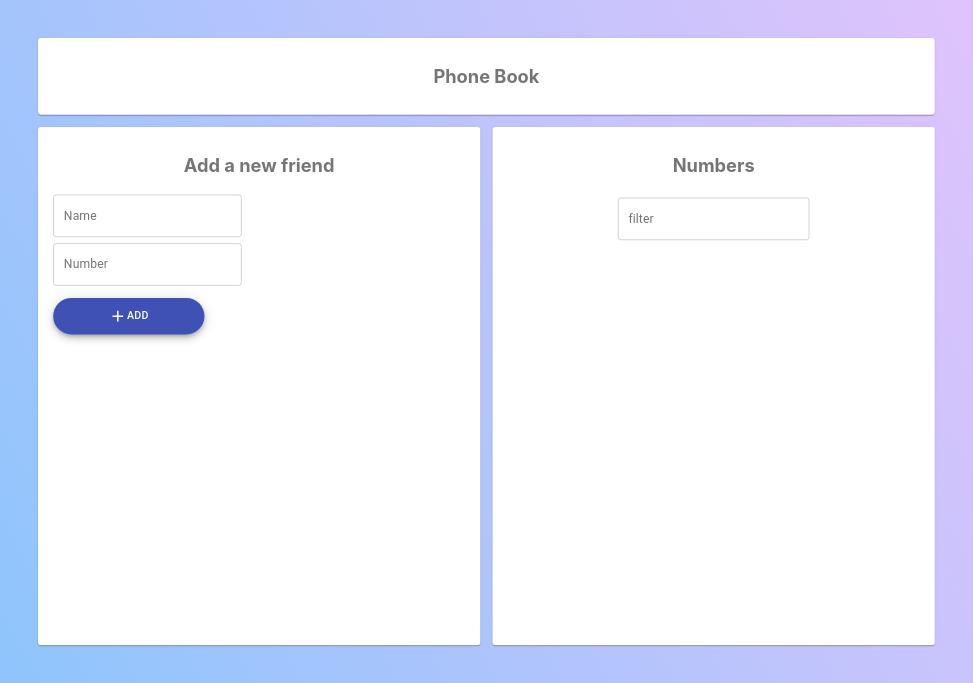
Repository: StacyLafume/phone-book
Page: / (app in phone-book/)
The author's editor kept a copy of each file at every save. The page is drawn from the files as they stood at one save, then again after the next save.
The browser window is 1280 px wide. The pictures show the whole page, at 76% of full size.
The page's requests for data from a server got no answer. The project was rebuilt for these pictures with package versions that can differ from the ones it lists, and the page was loaded fresh each time. No one was signed in, and anything a server would have sent is missing. Also part of the build but not shown: phone-book/src/PhoneBook.js.

Above is the page before, as saved 2021-04-02 02:23:52.

### phone-book/src/index.css
body {
  margin: 0;
  font-family: -apple-system, BlinkMacSystemFont, 'Segoe UI', 'Roboto', 'Oxygen',
    'Ubuntu', 'Cantarell', 'Fira Sans', 'Droid Sans', 'Helvetica Neue',
    sans-serif;
  -webkit-font-smoothing: antialiased;
  -moz-osx-font-smoothing: grayscale;
  background-color: #8EC5FC;
background-image: linear-gradient(62deg, #8EC5FC 0%, #E0C3FC 100%);

}

code {
  font-family: source-code-pro, Menlo, Monaco, Consolas, 'Courier New',
    monospace;
}

### phone-book/src/App.js
import React, { useState, useEffect } from "react";
// importing a modual personsService
import personsService from "./Service/person";
import Filter from "./Filter";
import Notification from "./Notification";
import PersonForm from "./PersonForm";
import PhoneBook from "./PhoneBook";
import { makeStyles } from '@material-ui/core/styles';
import Paper from '@material-ui/core/Paper';
import Grid from '@material-ui/core/Grid';
import Box from '@material-ui/core/Box';
import List from '@material-ui/core/List';


const App = () => {
  const [persons, setPersons] = useState([]);
  const [newName, setNewName] = useState("");
  const [newNumber, setNewNumber] = useState("");
  const [showFilter, setshowFilter] = useState("");
  const [notification, setNotification] = useState(null);
  const [success, setSuccess] = useState(null);

  const useStyles = makeStyles((theme) => ({
    root: {
      flexGrow: 1,
      margin: 50,

    },
    paper: {
      padding: theme.spacing(2),
      justifyItems: 'center',
      color: theme.palette.text.secondary,
      overflow: 'auto',
      height: 650,

    },
    header1: {
      padding: theme.spacing(2),
      justifyItems: 'center',
      color: theme.palette.text.secondary,
      overflow: 'auto',
      textAlign: 'center'
    },
    addFriend:{
      padding: theme.spacing(2),
      justifyItems: 'center',
      color: theme.palette.text.secondary,
      overflow: 'auto',
      textAlign: 'center',
      height: 650,
      justifyContent: 'center'

    }
  }));

  // show data on the screen
  useEffect(() => {
    personsService
      .getAll()
      .then(response => {
        setPersons(response);
      })
      .catch(error => showMessage("Could not retrieve data", false));
  }, []);

  const addNewName = e => {
    e.preventDefault();
    const personObject = {
      name: newName,
      number: newNumber
    };

    //console.log('persons.some(e => e.name === newName)',persons.some(e => e.name === newName))

    // if name is already in phone book return true and alert user
    if (persons.some(e => e.name === newName)) {

      // first name equal to that name
      let personId = persons.find(item => item.name === newName);

      // assigning whats in person obj to person id to update the entry
      let updatedEntry = Object.assign(personId, personObject);

      // alert the user  to update name  and / or  number
      if (
        window.confirm(
          `Do you want to update ${newName} with number ${newNumber}?`
        )
      ) {
        // based on the condition it will make put request to update
        personsService
          .update(personId.id, personObject)
          .then(() => {
            setPersons(
              // map through persons check if name is equal to new name
              //and either return updatedEntry or item
              persons.map(item => (item.name === newName ? updatedEntry : item))
            );
            // reset inputs
            setNewName("");
            setNewNumber("");
            // alert user of the changes
            showMessage(` ${newName} phone number updated`);
          })
          .catch(error => {
            showMessage(
              `Update failed. ${newName} has already been removed from the phone book.`,
              false
            );
            setPersons(persons.filter(n => n.name !== newName));
          });
      }
    } else {
      // if number is already in phone book return true and alert user
      if (persons.some(e => e.number === newNumber)) {
        showMessage(`# ${newNumber} is already in the phone book.`, false);
      } else {
        // check if inputs are empty and set show message
        if (newName === "" || newNumber === "") {
          showMessage(`The name and number must not be empty`, false);
        } else {
          // add personObject to the data base
          personsService
            .create(personObject)
            .then(returnedPerson => {
              setPersons(persons.concat(returnedPerson));
              // reset inputs
              setNewName("");
              setNewNumber("");
              // alert user
              showMessage(`User ${newName} has been added to the phone book`);
            })
            .catch(error => {
              console.log(error.response.data.error)
              return showMessage(
                `Failed to add number. More about error: ${error.response.data.error
                }`,
                false
              );
            });
          // make a get requests of updated data
          personsService
            .getAll()
            .then(response => {
              setPersons(response);
            })
            .catch(error => showMessage("Could not retrieve data", false));
        }
      }
    }
  };

  const removeEntry = person => {
    // if user clicks yes to remove
    if (window.confirm(`Remove ${person.name}?`)) {
      // call delete request with id that needs to be deleted
      personsService
        .remove(person.id)
        .then(() => {
          // setPerson to filtered array of every preson but the deleted person
          setPersons(persons.filter(item => item.id !== person.id));
          showMessage(`${person.name} has been removed from the phone book`);
        })
        .catch(error => {
          showMessage(
            `Removal failed. User ${person.name
            } has already been removed from the phone book.`,
            false
          );
          // make a get requests of updated data
          personsService
            .getAll()
            .then(response => {
              setPersons(response);
            })
            .catch(error => showMessage("Could not retrieve data", false));
        });
    }
  };

  // tracking values in the name input
  const handleNameChange = e => {
    // console.log(e.target.value);
    setNewName(e.target.value);
  };

  // tracking values in the number input
  const handleNumberChange = e => {
    setNewNumber(e.target.value);
  };

  const showMessage = (message, successNotification = true) => {
    // sets notication based on the true or false given by the condiyion it was called in
    setNotification(message);
    // boolean value if the rquest was successful or not
    setSuccess(successNotification);

    // the notification will stay on browser for 3 sec
    setTimeout(() => {
      setNotification(null);
      setSuccess(null);
    }, 3000);
  };

  const classes = useStyles();
  return (
    <Box className={classes.root}>
      <Grid container spacing={2}>
      <Grid item xs={12}>
      <Paper className={classes.header1}>
        <h2>Phone Book</h2>
        </Paper>
        </Grid>
        <Grid item xs={6} >
          <Paper className={classes.paper}>


            <h2>Add a new friend</h2>
            <PersonForm
              addNewName={addNewName}
              newName={newName}
              handleNameChange={handleNameChange}
              handleNumberChange={handleNumberChange}
            />
          </Paper>
        </Grid>
        <Grid item xs={6}>
          <Paper className={classes.paper}>
            <h2>Numbers</h2>
            <Notification notification={notification} success={success} />
            <Filter showFilter={showFilter} setshowFilter={setshowFilter} />
            <List>
              <PhoneBook
                persons={persons}
                showFilter={showFilter}
                removeEntry={removeEntry}
              />
            </List>
          </Paper>
        </Grid>
      </Grid>
    </Box>
  );
};

export default App;

### phone-book/src/Service/person.js
import axios from "axios";

//const baseUrl = "http://localhost:3003/persons";
const baseUrl = 'api/persons';

// get rquest for all of json datas
const getAll = () => {
  const request = axios.get(baseUrl);
  return request.then(response => response.data);
};

// post request to add new entry
const create = newObject => {
  const request = axios.post(baseUrl, newObject);
  return request.then(response => response.data)
};

// put request to update json db
const update = (id, newObject) => {
  const request = axios.put(`${baseUrl}/${id}`, newObject);
  return request.then(response => response.data);
};

// delete request to delete from json data base
const remove = id => {
  const request = axios.delete(`${baseUrl}/${id}`);
  return request.then(response => response.data);
};


// exporting all of the functions
export default {
  getAll: getAll,
  create: create,
  update: update,
  remove: remove
};

### phone-book/src/Filter.js
import React from "react";
import { makeStyles } from '@material-ui/core/styles';
import TextField from '@material-ui/core/TextField';

const Filter = ({ showFilter, setshowFilter }) => {
  const useStyles = makeStyles((theme) => ({
    root: {
      '& > *': {
        margin: theme.spacing(1),
        width: '25ch',
      },
    },
  }));
  const classes = useStyles();
  const filterPersons = e => {
    setshowFilter(e.target.value);
  };

  return (
    <div className={classes.root}>
      <TextField id="outlined-basic" value={showFilter} label="filter" variant="outlined"onChange={filterPersons} />
    </div>
  );
};

export default Filter;

### phone-book/src/Notification.js
import React from "react";


const Notification = ({ notification, success }) => {
  // console.log(notification);
  // console.log(success);

  // if there is no notification return null
  if (notification === null) {
    return null;
  }

  // if success renders the paticular (inLine) style
  if (success)
    return (
      <div className="success" style={styles.success}>
        {notification}
      </div>
    );
  else
    return (
      <div className="success" style={styles.fail}>
        {notification}
      </div>
    );
};

var styles = {
  success: {
    color: "green",
    background: "white",
    fontSize: 20,
    borderStyle: "solid",
    borderRadius: 5,
    padding: 10,
    marginBottom: 10
  },
  fail: {
    color: "red",
    background: "white",
    fontSize: 20,
    borderStyle: "solid",
    borderRadius: 5,
    padding: 10,
    marginBottom: 10
  }
};

export default Notification;

### phone-book/src/PersonForm.js
import React from "react";
import { makeStyles } from '@material-ui/core/styles';
import TextField from '@material-ui/core/TextField';
import Grid from '@material-ui/core/Grid';
import Fab from '@material-ui/core/Fab';
import AddIcon from '@material-ui/icons/Add';



const PersonForm = ({
  newName,
  newNumber,
  addNewName,
  handleNameChange,
  handleNumberChange
}) => {
  const useStyles = makeStyles((theme) => ({
    root: {
      '& > *': {
        margin: theme.spacing(1),
        width: '25ch',
      },
    },
    press: {
      margin: {
        margin: theme.spacing(1),
      },
      extendedIcon: {
        marginRight: theme.spacing(1),
      },
    }
  }));
  const classes = useStyles();
  return (
    <Grid container spacing={1}>
      <form onSubmit={addNewName} className={classes.root} noValidate autoComplete="off">

        {/* calls the function tracking values in the name input */}
        {/* name: <input value={newName} onChange={handleNameChange} /> */}
        <Grid item xs={12}>
        <TextField id="outlined-basic" label="Name" value={newName} onChange={handleNameChange} variant="outlined" />
        </Grid>
        <Grid item  xs={12}>
        {/* calls the function tracking values in the number input */}
        <TextField id="outlined-basic" value={newNumber} onChange={handleNumberChange} label="Number" variant="outlined" />
        </Grid>
        {/* calls the create request to add name and number */}
        <Fab variant="extended" color="primary" aria-label="add" className={classes.margin} type="submit">
          <AddIcon className={classes.extendedIcon} />
         Add
        </Fab>
      </form>
      </Grid>

  );
};


export default PersonForm;

Loaded but not shown: phone-book/public/index.html (common file); phone-book/src/index.js (common file)

After the next save:
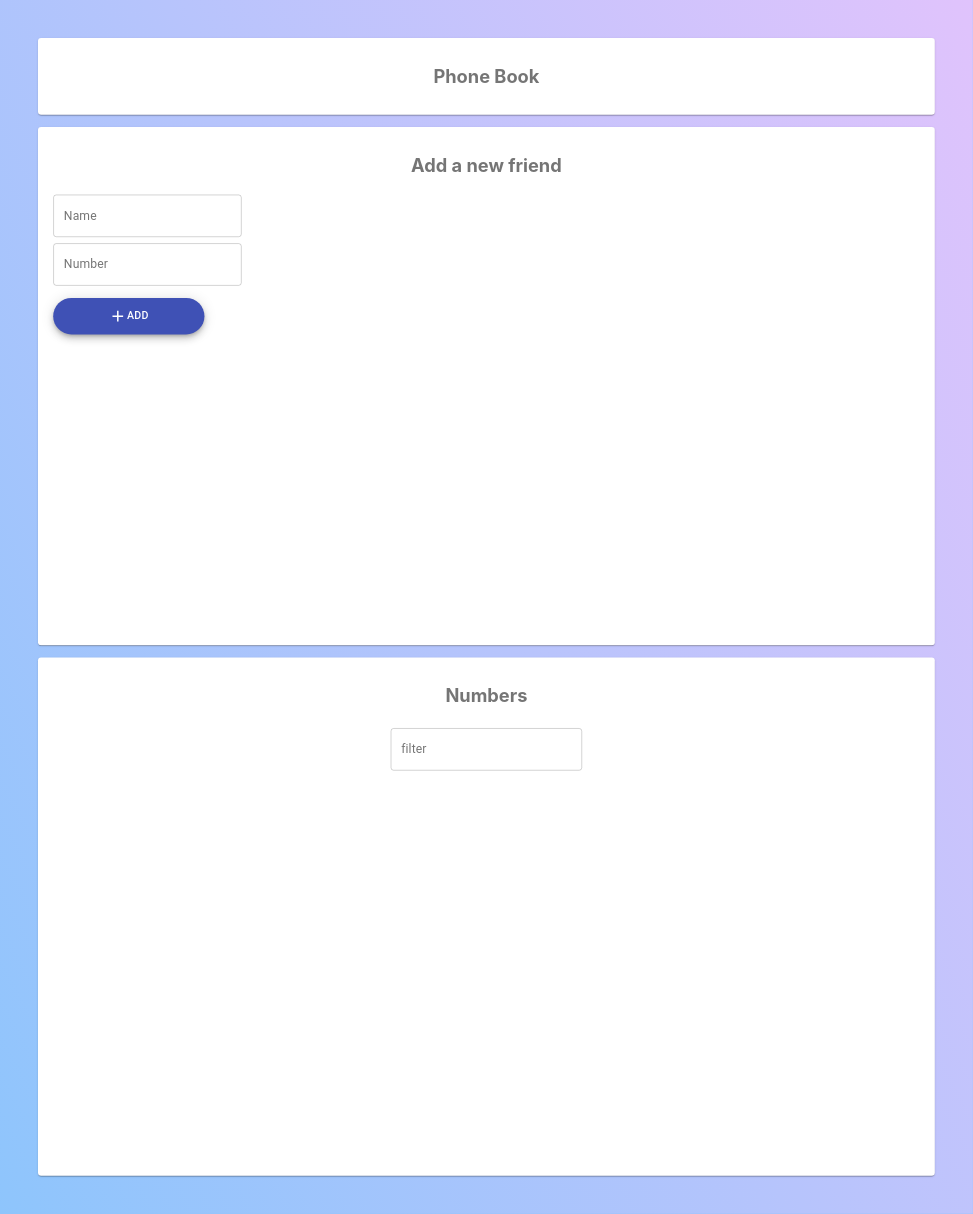
Saved 2 min 8 s later.
--- a/phone-book/src/App.js
+++ b/phone-book/src/App.js
@@ -211,7 +211,7 @@
         <h2>Phone Book</h2>
         </Paper>
         </Grid>
-        <Grid item xs={6} >
+        <Grid item xs={12} >
           <Paper className={classes.paper}>
 
 
@@ -224,7 +224,7 @@
             />
           </Paper>
         </Grid>
-        <Grid item xs={6}>
+        <Grid item xs={12}>
           <Paper className={classes.paper}>
             <h2>Numbers</h2>
             <Notification notification={notification} success={success} />

After the save that followed:
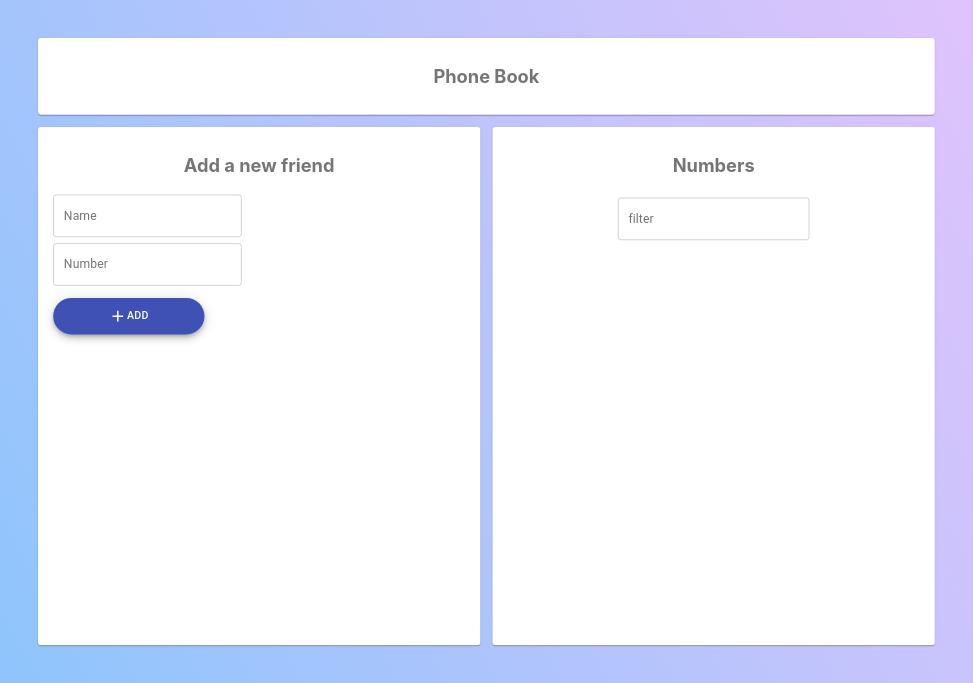
Saved 19 s later.
--- a/phone-book/src/App.js
+++ b/phone-book/src/App.js
@@ -211,7 +211,7 @@
         <h2>Phone Book</h2>
         </Paper>
         </Grid>
-        <Grid item xs={12} >
+        <Grid item xs={6} >
           <Paper className={classes.paper}>
 
 
@@ -224,7 +224,7 @@
             />
           </Paper>
         </Grid>
-        <Grid item xs={12}>
+        <Grid item xs={6}>
           <Paper className={classes.paper}>
             <h2>Numbers</h2>
             <Notification notification={notification} success={success} />
